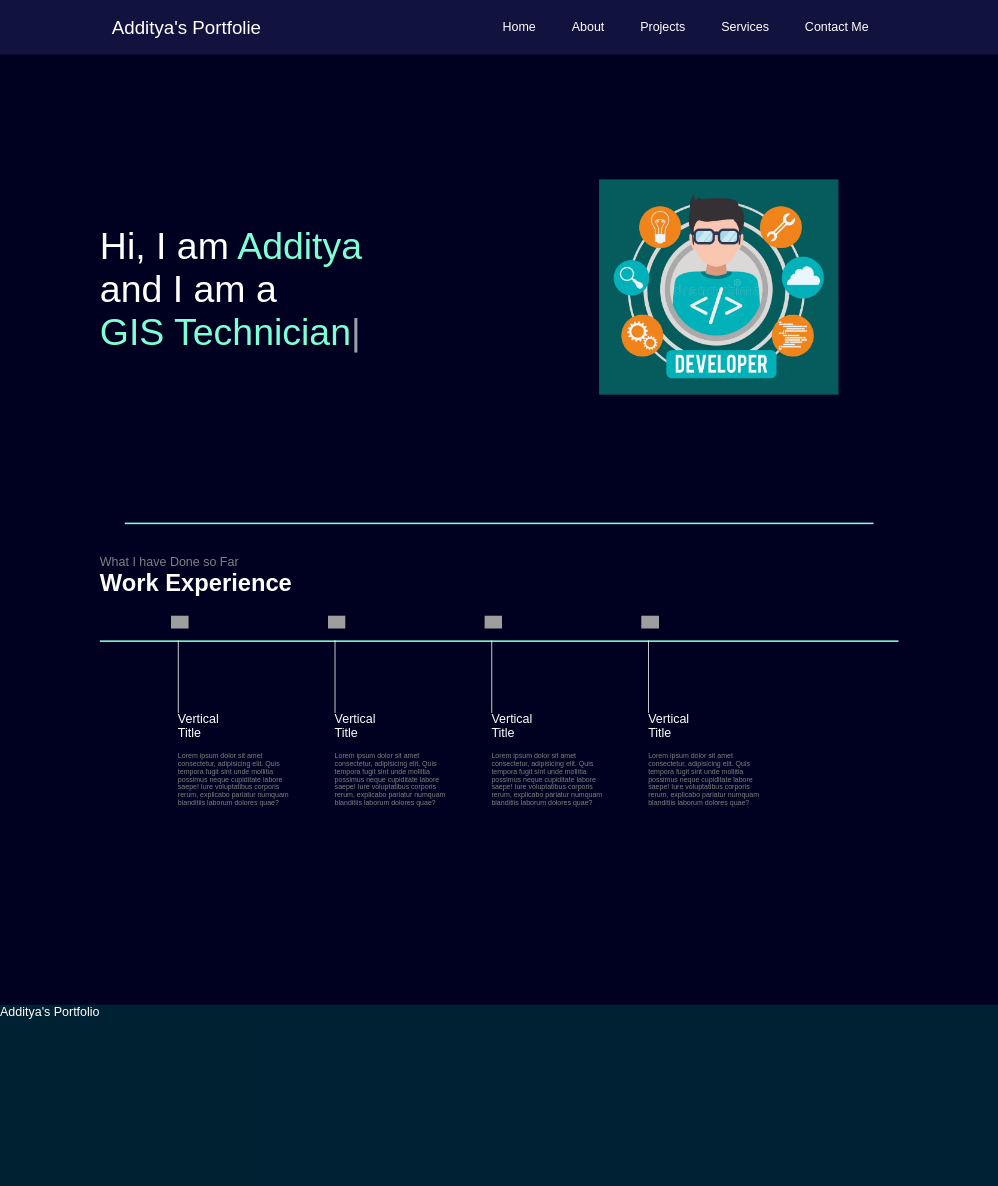
Repository: VictoriousMango/Portfolio
Page: index.html
The author's editor kept a copy of each file at every save. The page is drawn from the files as they stood at one save, then again after the next save.
The browser window is 1280 px wide. The pictures show the whole page, at 78% of full size.
Pictures or frames that could not be fetched are drawn as grey boxes.

Above is the page before, as saved 2023-08-27 12:09:23.

### index.html
<!DOCTYPE html>
<html lang="en">

<head>
    <meta charset="UTF-8">
    <meta name="viewport" content="width=device-width, initial-scale=1.0">
    <title>Additya - Developer Portfolio</title>
    <style>
        * {
            margin: 0;
            padding: 0;
        }

        body {
            background-color: rgb(0, 0, 33);
            color: white;
            font-family: 'Poppins', sans-serif;
        }

        nav {
            display: flex;
            justify-content: space-around;
            align-items: center;
            height: 70px;
            background-color: rgb(18, 18, 62);
        }

        nav ul {
            display: flex;
            justify-content: center;
        }

        nav ul li {
            list-style: none;
            margin: 0 23px;
        }

        nav ul li a {
            text-decoration: none;
            color: white;
        }

        nav ul li a:hover {
            color: rgb(153, 153, 226);
            font-size: 1.05rem;
        }

        main hr {
            border: 0;
            background: aquamarine;
            height: 1.2px;
            margin: 40px 160px;
        }

        text-gray {
            color: gray;
        }

        .left {
            font-size: 1.5rem;
        }

        .firstSection {
            display: flex;
            justify-content: space-around;
            align-items: center;
            margin: 110px 0;

        }

        .firstSection>div {
            width: 30%;
        }

        .secondSection {
            max-width: 80vw;
            margin: auto;
            height: 80vh;
        }

        .secondSection h1 {
            font-size: 1.9rem;
        }

        .secondSection .box {
            background: aquamarine;
            width: 80vw;
            height: 2px;
            margin: 56px 0;
            display: flex;
        }

        .secondSection .vertical {
            height: 93px;
            width: 1px;
            background-color: white;
            margin: 0 100px;
        }

        .vertical-title {
            position: relative;
            width: 23px;
            top: 71px;

        }

        .vertical-desc {
            position: relative;
            top: 86px;
            color: gray;
            width: 150px;
            font-size: 9px;
        }

        .image-top {
            width: 23px;
            position: relative;
            top: -32px;
            left: -9px;
        }

        .leftSection {
            font-size: 3rem;
        }

        /* .rightSection{
            background-color: red;
        } */
        .rightSection img {
            width: 80%;
            margin: 50px 0;
        }

        .purple {
            color: aquamarine;
        }

        .text-gray {
            color: grey;
        }
        footer{
            background-color: rgba(0, 66, 68, 0.503);
            height: 233px;
            opacity: 1;
        }
        .footer{
            display: flex;
        }
        #element {
            color: aquamarine;
        }
    </style>
</head>

<body>
    <header>
        <nav>
            <div class="left">Additya's Portfolie</div>
            <div class="right">
                <ul>
                    <li><a href="/">Home</a></li>
                    <li><a href="/">About</a></li>
                    <li><a href="/">Projects</a></li>
                    <li><a href="/">Services</a></li>
                    <li><a href="/">Contact Me</a></li>
                </ul>
            </div>
        </nav>
    </header>

    <main>
        <section class="firstSection">
            <div class="leftSection">
                Hi, I am <span class="purple">Additya</span>
                <div>and I am a</div>
                <span id="element"></span>
            </div>
            <div class="rightSection"><img src="Web Dev.webp" alt=""></div>
        </section>
        <hr>
        <section class="secondSection">
            <span class="text-gray">What I have Done so Far</span>
            <h1>Work Experience</h1>
            <div class="box">
                <div class="vertical">
                    <img class="image-top" src="Image 1.jpg" alt="">
                    <div class="vertical-title">
                        Vertical Title
                    </div>
                    <div class="vertical-desc">
                        Lorem ipsum dolor sit amet consectetur, adipisicing elit. Quis tempora fugit sint unde mollitia
                        possimus neque cupiditate labore saepe! Iure voluptatibus corporis rerum, explicabo pariatur
                        numquam blanditiis laborum dolores quae?
                    </div>
                </div>
                <div class="vertical">
                    <img class="image-top" src="Image 1.jpg" alt="">
                    <div class="vertical-title">
                        Vertical Title
                    </div>
                    <div class="vertical-desc">
                        Lorem ipsum dolor sit amet consectetur, adipisicing elit. Quis tempora fugit sint unde
                        mollitia
                        possimus neque cupiditate labore saepe! Iure voluptatibus corporis rerum, explicabo pariatur
                        numquam blanditiis laborum dolores quae?
                    </div>
                </div>
                <div class="vertical">
                    <img class="image-top" src="Image 1.jpg" alt="">
                    <div class="vertical-title">
                        Vertical Title
                    </div>
                    <div class="vertical-desc">
                        Lorem ipsum dolor sit amet consectetur, adipisicing elit. Quis tempora fugit sint unde
                        mollitia
                        possimus neque cupiditate labore saepe! Iure voluptatibus corporis rerum, explicabo pariatur
                        numquam blanditiis laborum dolores quae?
                    </div>
                </div>
                <div class="vertical">
                    <img class="image-top" src="Image 1.jpg" alt="">
                    <div class="vertical-title">
                        Vertical Title
                    </div>
                    <div class="vertical-desc">
                        Lorem ipsum dolor sit amet consectetur, adipisicing elit. Quis tempora fugit sint unde
                        mollitia
                        possimus neque cupiditate labore saepe! Iure voluptatibus corporis rerum, explicabo pariatur
                        numquam blanditiis laborum dolores quae?
                    </div>
                </div>

            </div>


    </main>

    <footer>
        <div class="footer">
            <div class="footer-first">Additya's Portfolio</div>
            <div class="footer-second"></div>
            <div class="footer-third"></div>
            <div class="footer-fourth"></div>
        </div>
    </footer>

    <script src="https://unpkg.com/typed.js@2.0.16/dist/typed.umd.js"></script>
    <script>
        var typed = new Typed('#element', {
            strings: ['Web Developer', 'GIS Technician', 'Spatial Data Scientist'],
            typeSpeed: 50,
            loop: true,
            backSpeed: 25,
            backDelay: 2000
        });
    </script>
</body>

</html>

After the next save:
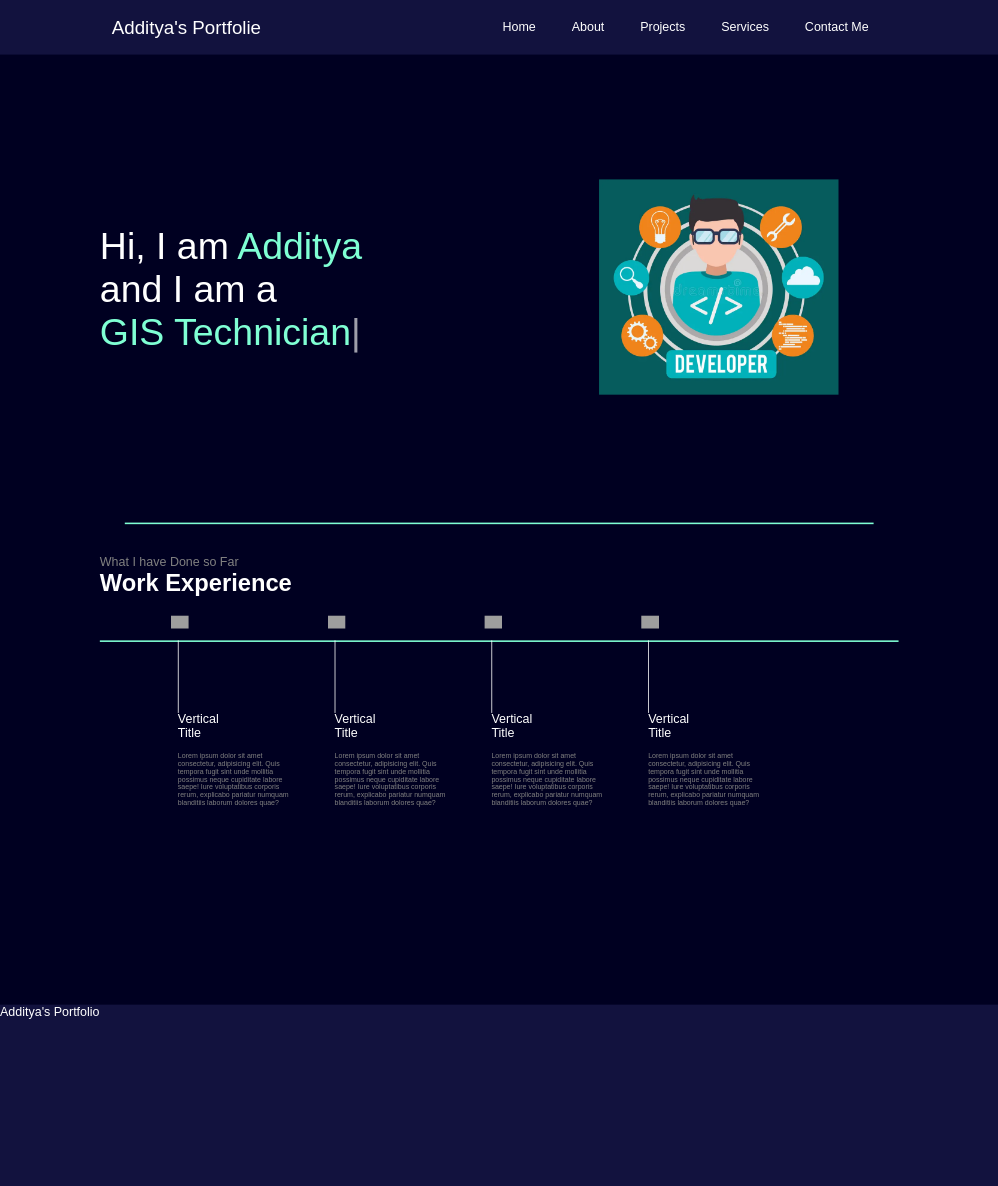
Saved 41 s later.
--- a/index.html
+++ b/index.html
@@ -139,7 +139,7 @@
             color: grey;
         }
         footer{
-            background-color: rgba(0, 66, 68, 0.503);
+            background-color: rgba(18, 18, 62);
             height: 233px;
             opacity: 1;
         }
